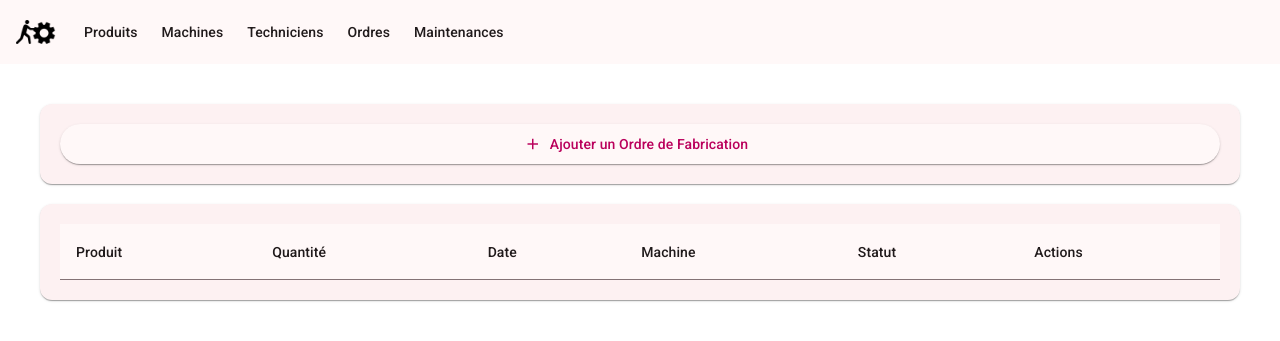
Repository: hadilXattia/Gestion_Production
Page: /ordres (app in frontend-production/)
The author's editor kept a copy of each file at every save. The page is drawn from the files as they stood at one save, then again after the next save.
The browser window is 1280 px wide. The pictures show the whole page.
The page's requests for data from a server got no answer. The project was rebuilt for these pictures with package versions that can differ from the ones it lists, and the page was loaded fresh each time. No one was signed in, and anything a server would have sent is missing. Also part of the build but not shown: frontend-production/angular.json, frontend-production/src/app/components/produit/produit.component.ts, frontend-production/src/app/components/produit/ajouter-produit-dialog.component.ts, frontend-production/src/app/components/produit/produit-detail-dialog.component.ts, frontend-production/src/app/components/machine/machine.component.ts, frontend-production/src/app/components/machine/ajouter-machine-dialog.component.ts, frontend-production/src/app/components/machine/machine-detail-dialog.component.ts, frontend-production/src/app/components/technicien/technicien.component.ts and 9 more.

Above is the page before, as saved 2025-05-10 16:50:29.

### frontend-production/src/index.html
<!doctype html>
<html lang="en">
<head>
  <meta charset="utf-8">
  <title>FrontendProduction</title>
  <base href="/">
  <meta name="viewport" content="width=device-width, initial-scale=1">
  <link rel="icon" type="image/x-icon" href="favicon.ico">
  <link href="https://fonts.googleapis.com/css2?family=Roboto:wght@300;400;500&display=swap" rel="stylesheet">
  <link href="https://fonts.googleapis.com/icon?family=Material+Icons" rel="stylesheet">
</head>
<body class="mat-typography">
  <app-root></app-root>
</body>
</html>

### frontend-production/src/main.ts
import { bootstrapApplication } from '@angular/platform-browser';
import { AppComponent } from './app/app.component';
import { provideHttpClient } from '@angular/common/http';
import { importProvidersFrom } from '@angular/core';
import { FormsModule } from '@angular/forms';
import { provideRouter } from '@angular/router';
import { routes } from './app/app.routes';

bootstrapApplication(AppComponent, {
  providers: [
    provideHttpClient(),
    importProvidersFrom(FormsModule),
    provideRouter(routes)
  ]
});

### frontend-production/src/app/app.component.ts
import { Component } from '@angular/core';
import { RouterOutlet } from '@angular/router';
import { NavbarComponent } from './components/navbar/navbar.component';

@Component({
  selector: 'app-root',
  standalone: true,
  imports: [NavbarComponent, RouterOutlet],
  template: `
    <app-navbar></app-navbar>
    <div style="padding: 20px">
      <router-outlet></router-outlet>
    </div>
  `
})
export class AppComponent {}

### frontend-production/src/app/app.routes.ts
import { Routes } from '@angular/router';
import { ProduitComponent } from './components/produit/produit.component';
import { MachineComponent } from './components/machine/machine.component';
import { TechnicienComponent } from './components/technicien/technicien.component';
import { OrdreFabricationComponent } from './components/ordre-fabrication/ordre-fabrication.component';
import { MaintenanceComponent } from './components/maintenance/maintenance.component';

export const routes: Routes = [
  { path: 'produits', component: ProduitComponent },
  { path: 'machines', component: MachineComponent },
  { path: 'techniciens', component: TechnicienComponent },
  { path: 'ordres', component: OrdreFabricationComponent },
  { path: 'maintenances', component: MaintenanceComponent },
  { path: '', redirectTo: 'produits', pathMatch: 'full' },
  { path: '**', redirectTo: 'produits' }
];

### frontend-production/src/app/components/navbar/navbar.component.ts
import { Component } from '@angular/core';
import { RouterModule } from '@angular/router';
import { CommonModule } from '@angular/common';
import { MatToolbarModule } from '@angular/material/toolbar';
import { MatButtonModule } from '@angular/material/button';

@Component({
  selector: 'app-navbar',
  standalone: true,
  imports: [CommonModule, RouterModule, MatToolbarModule, MatButtonModule],
  template: `
    <mat-toolbar color="primary">
      <img src="../../../asstes/logo.png" alt="Logo" height="40" style="margin-right: 16px;" />
      <button mat-button routerLink="/produits">Produits</button>
      <button mat-button routerLink="/machines">Machines</button>
      <button mat-button routerLink="/techniciens">Techniciens</button>
      <button mat-button routerLink="/ordres">Ordres</button>
      <button mat-button routerLink="/maintenances">Maintenances</button>
    </mat-toolbar>
  `
})
export class NavbarComponent {}

### frontend-production/src/app/components/ordre-fabrication/ordre-fabrication.component.ts
import { Component, OnInit, inject } from '@angular/core';
import { OrdreFabricationService } from '../../services/ordre-fabrication.service';
import { ProduitService } from '../../services/produit.service';
import { MachineService } from '../../services/machine.service';
import { CommonModule } from '@angular/common';
import { FormsModule } from '@angular/forms';
import { MatCardModule } from '@angular/material/card';
import { MatButtonModule } from '@angular/material/button';
import { MatIconModule } from '@angular/material/icon';
import { MatTableModule } from '@angular/material/table';
import { MatSelectModule } from '@angular/material/select';
import { MatDialog, MatDialogModule } from '@angular/material/dialog';
import { OrderAjoutDialogComponent } from './order-ajout-dialog.component';
import { OrderDetailDialogComponent } from './order-detail-dialog.component';

@Component({
  selector: 'app-ordre-fabrication',
  standalone: true,
  imports: [
    CommonModule,
    FormsModule,
    MatCardModule,
    MatButtonModule,
    MatIconModule,
    MatTableModule,
    MatSelectModule,
    MatDialogModule
  ],
  templateUrl: './ordre-fabrication.component.html',
  styleUrl: './ordre-fabrication.component.css'
})
export class OrdreFabricationComponent implements OnInit {
  ordres: any[] = [];
  produits: any[] = [];
  machines: any[] = [];
  displayedColumns: string[] = ['produit', 'quantite', 'date', 'machine', 'statut', 'actions'];

  private dialog = inject(MatDialog);

  constructor(
    private ordreService: OrdreFabricationService,
    private produitService: ProduitService,
    private machineService: MachineService
  ) {}

  ngOnInit() {
    this.loadAll();
  }

  loadAll() {
    this.ordreService.getOrdres().subscribe(data => this.ordres = data);
    this.produitService.getProduits().subscribe(data => this.produits = data);
    this.machineService.getMachines().subscribe(data => this.machines = data);
  }

  deleteOrdre(id: number) {
    this.ordreService.deleteOrdre(id).subscribe(() => this.loadAll());
  }

  updateStatut(id: number, statut: string) {
    const ordre = this.ordres.find(o => o.id === id);
    if (ordre) {
      ordre.statut = statut;
      this.ordreService.updateOrdre(id, ordre).subscribe(() => this.loadAll());
    }
  }

  openAjouterDialog() {
    const dialogRef = this.dialog.open(OrderAjoutDialogComponent, {
      width: '400px',
      data: {
        produits: this.produits,
        machines: this.machines
      }
    });

    dialogRef.afterClosed().subscribe(result => {
      if (result) {
        this.ordreService.createOrdre(result).subscribe(() => this.loadAll());
      }
    });
  }

  openDetailDialog(ordre: any) {
    this.dialog.open(OrderDetailDialogComponent, {
      width: '400px',
      data: ordre
    });
  }
}

### frontend-production/src/app/services/produit.service.ts
import { Injectable } from '@angular/core';
import { HttpClient } from '@angular/common/http';
import { Observable } from 'rxjs';

export interface Produit {
  id?: number;
  nom: string;
  type: string;
  stock: number;
  fournisseur: string;
}

@Injectable({
  providedIn: 'root'
})
export class ProduitService {
  private apiUrl = 'http://localhost:8080/api/produits';

  constructor(private http: HttpClient) {}

  getProduits(): Observable<Produit[]> {
    return this.http.get<Produit[]>(this.apiUrl);
  }

  createProduit(produit: Produit): Observable<Produit> {
    return this.http.post<Produit>(this.apiUrl, produit);
  }

  updateProduit(id: number, produit: Produit): Observable<Produit> {
    return this.http.put<Produit>(`${this.apiUrl}/${id}`, produit);
  }

  deleteProduit(id: number): Observable<void> {
    return this.http.delete<void>(`${this.apiUrl}/${id}`);
  }
}

### frontend-production/src/app/services/machine.service.ts
import { Injectable } from '@angular/core';
import { HttpClient } from '@angular/common/http';
import { Observable } from 'rxjs';

export interface Machine {
  id?: number;
  nom: string;
  etat: string;
  maintenanceProchaine: string; // ISO date string
}

@Injectable({
  providedIn: 'root'
})
export class MachineService {
  private apiUrl = 'http://localhost:8080/api/machines';

  constructor(private http: HttpClient) {}

  getMachines(): Observable<Machine[]> {
    return this.http.get<Machine[]>(this.apiUrl);
  }

  createMachine(machine: Machine): Observable<Machine> {
    return this.http.post<Machine>(this.apiUrl, machine);
  }

  updateMachine(id: number, machine: Machine): Observable<Machine> {
    return this.http.put<Machine>(`${this.apiUrl}/${id}`, machine);
  }

  deleteMachine(id: number): Observable<void> {
    return this.http.delete<void>(`${this.apiUrl}/${id}`);
  }
}

### frontend-production/src/app/components/ordre-fabrication/ordre-fabrication.component.html
<mat-card class="mt-4">
  <button mat-raised-button color="primary" (click)="openAjouterDialog()">
    <mat-icon>add</mat-icon> Ajouter un Ordre de Fabrication
  </button>
</mat-card>

<mat-card class="mt-4">
  <table mat-table [dataSource]="ordres" class="mat-elevation-z8" style="width: 100%;">

    <ng-container matColumnDef="produit">
      <th mat-header-cell *matHeaderCellDef>Produit</th>
      <td mat-cell *matCellDef="let ordre"> {{ ordre.produit?.nom }} </td>
    </ng-container>

    <ng-container matColumnDef="quantite">
      <th mat-header-cell *matHeaderCellDef>Quantité</th>
      <td mat-cell *matCellDef="let ordre"> {{ ordre.quantite }} </td>
    </ng-container>

    <ng-container matColumnDef="date">
      <th mat-header-cell *matHeaderCellDef>Date</th>
      <td mat-cell *matCellDef="let ordre"> {{ ordre.date }} </td>
    </ng-container>

    <ng-container matColumnDef="machine">
      <th mat-header-cell *matHeaderCellDef>Machine</th>
      <td mat-cell *matCellDef="let ordre"> {{ ordre.machine?.nom }} </td>
    </ng-container>

    <ng-container matColumnDef="statut">
      <th mat-header-cell *matHeaderCellDef>Statut</th>
      <td mat-cell *matCellDef="let ordre">
        <mat-select [(ngModel)]="ordre.statut" (selectionChange)="updateStatut(ordre.id, ordre.statut)">
          <mat-option value="En attente">En attente</mat-option>
          <mat-option value="En cours">En cours</mat-option>
          <mat-option value="Terminé">Terminé</mat-option>
        </mat-select>
      </td>
    </ng-container>

    <ng-container matColumnDef="actions">
      <th mat-header-cell *matHeaderCellDef>Actions</th>
      <td mat-cell *matCellDef="let ordre">
      <button mat-icon-button color="accent" (click)="openDetailDialog(ordre)">
          <mat-icon>info</mat-icon>
        </button>
        <button mat-icon-button color="warn" (click)="deleteOrdre(ordre.id)">
        <mat-icon>delete</mat-icon>
        </button>
      </td>
    </ng-container>

    <tr mat-header-row *matHeaderRowDef="displayedColumns"></tr>
    <tr mat-row *matRowDef="let row; columns: displayedColumns;"></tr>
  </table>
</mat-card>

### frontend-production/src/app/components/ordre-fabrication/ordre-fabrication.component.css
.full-width {
  width: 100%;
}

.form-container {
  display: flex;
  flex-direction: column;
  gap: 15px;
}

mat-card {
  margin: 20px;
  padding: 20px;
}

### frontend-production/src/app/services/ordre-fabrication.service.ts
import { Injectable } from '@angular/core';
import { HttpClient } from '@angular/common/http';
import { Observable } from 'rxjs';
import { Produit } from './produit.service';
import { Machine } from './machine.service';

export interface OrdreFabrication {
  id?: number;
  produit: Produit | null;
  quantite: number;
  date: string; // ISO date string
   machine: Machine | null;
  statut: string;
}

@Injectable({
  providedIn: 'root'
})
export class OrdreFabricationService {
  private apiUrl = 'http://localhost:8080/api/ordres';

  constructor(private http: HttpClient) {}

  getOrdres(): Observable<OrdreFabrication[]> {
    return this.http.get<OrdreFabrication[]>(this.apiUrl);
  }

  createOrdre(ordre: OrdreFabrication): Observable<OrdreFabrication> {
    return this.http.post<OrdreFabrication>(this.apiUrl, ordre);
  }

  updateOrdre(id: number, ordre: OrdreFabrication): Observable<OrdreFabrication> {
    return this.http.put<OrdreFabrication>(`${this.apiUrl}/${id}`, ordre);
  }

  deleteOrdre(id: number): Observable<void> {
    return this.http.delete<void>(`${this.apiUrl}/${id}`);
  }

  updateStatut(id: number, statut: string): Observable<OrdreFabrication> {
    return this.http.patch<OrdreFabrication>(`${this.apiUrl}/${id}/statut`, statut, {
      headers: { 'Content-Type': 'text/plain' }
    });
  }

  getByStatut(statut: string): Observable<OrdreFabrication[]> {
    return this.http.get<OrdreFabrication[]>(`${this.apiUrl}/statut/${statut}`);
  }
}

Loaded but not shown: frontend-production/src/styles.css (common file)

After the next save:
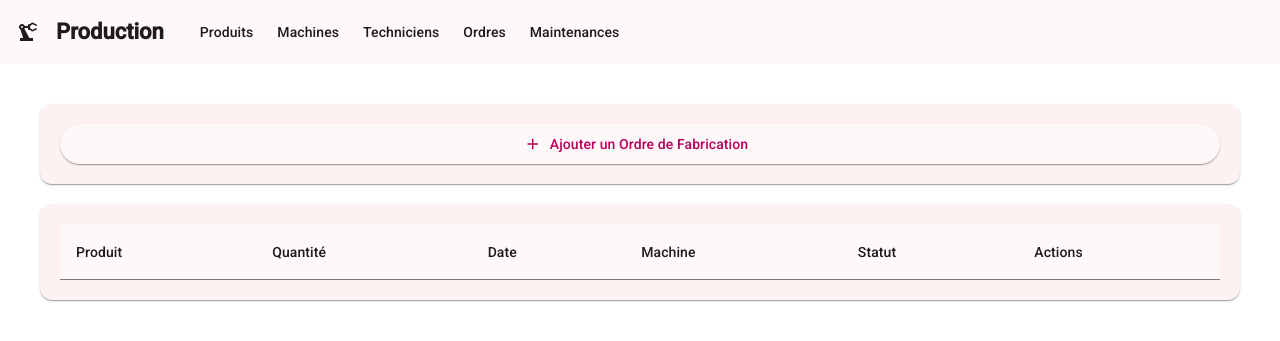
Saved 83 s later.
--- a/frontend-production/src/app/components/navbar/navbar.component.ts
+++ b/frontend-production/src/app/components/navbar/navbar.component.ts
@@ -3,14 +3,17 @@ import { RouterModule } from '@angular/router';
 import { CommonModule } from '@angular/common';
 import { MatToolbarModule } from '@angular/material/toolbar';
 import { MatButtonModule } from '@angular/material/button';
+import { MatIconModule } from '@angular/material/icon';
 
 @Component({
   selector: 'app-navbar',
   standalone: true,
-  imports: [CommonModule, RouterModule, MatToolbarModule, MatButtonModule],
+  imports: [CommonModule, RouterModule, MatToolbarModule, MatButtonModule, MatIconModule],
   template: `
     <mat-toolbar color="primary">
-      <img src="../../../asstes/logo.png" alt="Logo" height="40" style="margin-right: 16px;" />
+      <mat-icon style="margin-right: 16px;">precision_manufacturing</mat-icon>
+      <span style="margin-right: 24px; font-weight: bold;">Production</span>
+
       <button mat-button routerLink="/produits">Produits</button>
       <button mat-button routerLink="/machines">Machines</button>
       <button mat-button routerLink="/techniciens">Techniciens</button>
